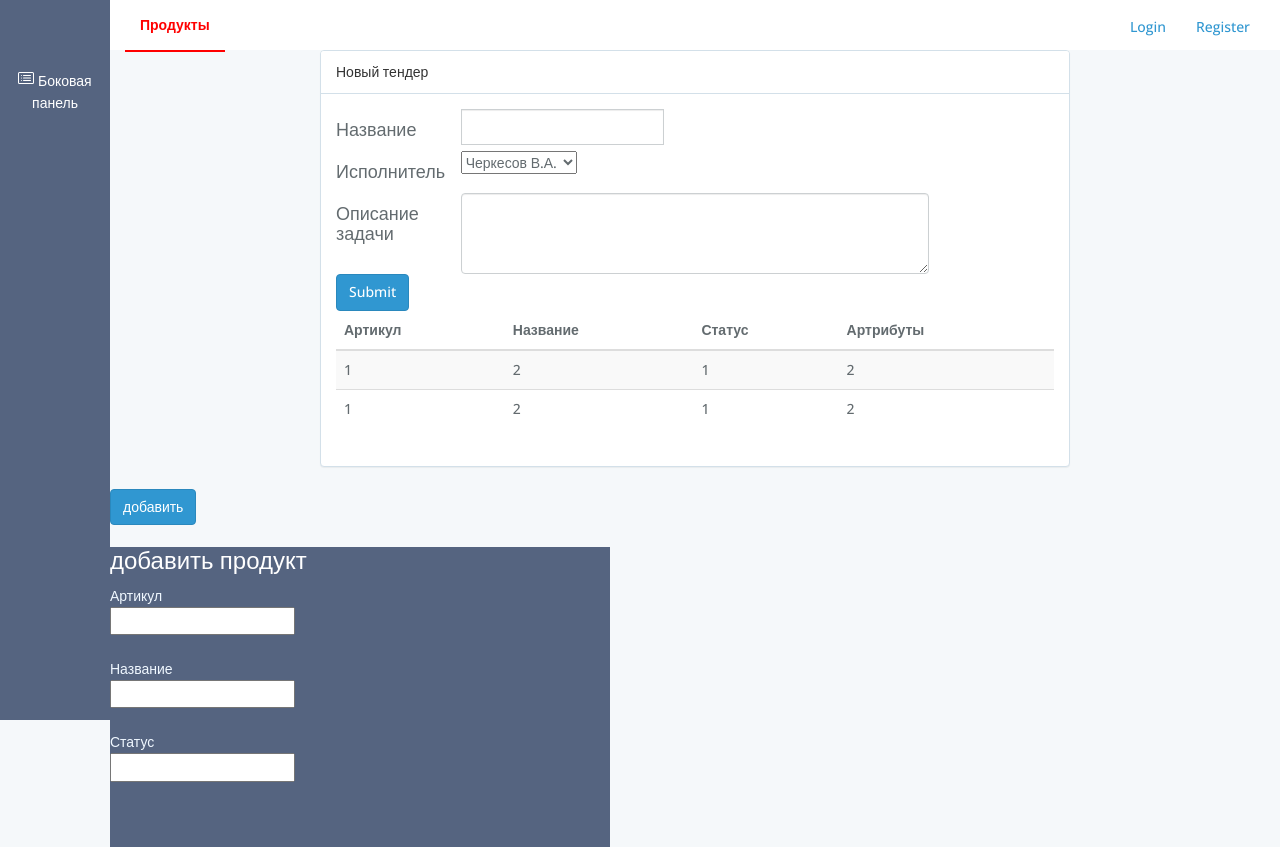
Repository: blackjack043/laravel-crud
Page: http://localhost/page2
The author's editor kept a copy of each file at every save. The page is drawn from the files as they stood at one save, then again after the next save.
The browser window is 1280 px wide. The pictures show the whole page.
Some web fonts or font styles are not loaded; a fallback is used. The page is served by the project's Laravel application, run on PHP 8.4 with Laravel 8. Other server files are loaded and not shown.

Above is the page before, as saved 2022-03-07 15:58:49.

### routes/web.php
<?php

/*
|--------------------------------------------------------------------------
| Web Routes
|--------------------------------------------------------------------------
|
| Here is where you can register web routes for your application. These
| routes are loaded by the RouteServiceProvider within a group which
| contains the "web" middleware group. Now create something great!
|
*/
use Illuminate\Http\Request;
use App\Contact12;


Route::get('/', function () {
    return view('welcome');
});

Route::get('/page2', function () {
    return view('page2');
});



Route::post('/profile', 'ContactController@submit');

Auth::routes();

Route::get('/home', 'HomeController@index');

Auth::routes();

Route::get('/home', 'HomeController@index');

### resources/views/page2.blade.php
@extends('layouts.app2')

@section('content')
<div class="container">
    <div class="row">
        <div class="col-md-8 col-md-offset-2">
            <div class="panel panel-default">
                <div class="panel-heading">Новый тендер</div>
                <div class="panel-body">


        @if($errors->any())
            <div style=>
            @foreach ($errors->all() as $error)
            <div >
                {{$error}}
            </div>
            @endforeach
            </div>
         @endif
<form  method="POST" action="/profile">
{{ csrf_field() }}

                <div class="row" >
  <div class="col-md-2" ><h4>Название</h4></div>
  <div class="col-md-10">
<div class="input-group" >
<input type="text" name="label" class="form-control"  aria-describedby="sizing-addon2">
                </div></div>
</div>

<div class="row">
  <div class="col-md-2"><h4>Исполнитель</h4></div>
  <div class="col-md-10">
    <select name="ispolnitel">
    <option value="cherkesov">Черкесов В.А.</option>
    <option value="matancev">Матанцев Е.Р.</option>
    </select>
</div>
</div>

<div class="row">
  <div class="col-md-2"><h4>Описание задачи</h4></div>
  <div class="col-md-8">
		<textarea name="text" class="form-control" rows="3"></textarea>
</div>



</div>
<input type="submit" class="btn btn-primary">
</form>


<table class="table table-striped table-hover">
    <thead>
        <tr>
            <th>Артикул</th>
            <th>Название</th>
            <th>Статус</th>
            <th>Артрибуты</th>
            </tr>

    </thead>

    <tbody>
        <tr>
            <td>1</td>
            <td>2</td>
            <td>1</td>
            <td>2</td>
        </tr>
        <tr>
            <td>1</td>
            <td>2</td>
            <td>1</td>
            <td>2</td>
        </tr>
    </tbody>
</table>


                </div>
            </div>
        </div>
    </div>
</div>

<div>

<button class="btn btn-primary">добавить</button>
<div style="background-color: #556480;width:500px;height: 300px;">
    <div style="color: white"><h3>добавить продукт</h3></div>

    <div> <span style="color:aliceblue"> Артикул </span> </div>
    <div><input type="text" /> </div>
    <br>
    <div> <span style="color:aliceblue"> Название </span> </div>
    <div><input type="text" /> </div>
    <br>
    <div> <span style="color:aliceblue"> Статус </span> </div>
    <div><input type="text" /> </div>
    <br>
</div>

</div>
@endsection

### resources/views/layouts/app2.blade.php
<!DOCTYPE html>
<html lang="en">
<head>
    <meta charset="utf-8">
    <meta http-equiv="X-UA-Compatible" content="IE=edge">
    <meta name="viewport" content="width=device-width, initial-scale=1">
    <link rel="preconnect" href="https://fonts.googleapis.com">
<link rel="preconnect" href="https://fonts.gstatic.com" crossorigin>
<link href="https://fonts.googleapis.com/css2?family=Open+Sans:wght@300;500;700&display=swap" rel="stylesheet">
    <!-- CSRF Token -->
    <meta name="csrf-token" content="{{ csrf_token() }}">

    <title>{{ config('app.name', 'Laravel') }}</title>

    <!-- Styles -->
    <link href="/css/app.css" rel="stylesheet">

    <!-- Scripts -->
    <script>
        window.Laravel = <?php echo json_encode([
            'csrfToken' => csrf_token(),
        ]); ?>
    </script>
</head>
<body style="font-family: 'Open Sans', sans-serif;">
    <div id="app" style="display: flex;">
        <div style="width:200px; height:100vh;background: #556480;color: white; font-size: 14px;text-align: center; padding-top:70px" >

        <svg xmlns="http://www.w3.org/2000/svg" width="16" height="16" fill="currentColor" class="bi bi-card-list" viewBox="0 0 16 16">
  <path d="M14.5 3a.5.5 0 0 1 .5.5v9a.5.5 0 0 1-.5.5h-13a.5.5 0 0 1-.5-.5v-9a.5.5 0 0 1 .5-.5h13zm-13-1A1.5 1.5 0 0 0 0 3.5v9A1.5 1.5 0 0 0 1.5 14h13a1.5 1.5 0 0 0 1.5-1.5v-9A1.5 1.5 0 0 0 14.5 2h-13z"/>
  <path d="M5 8a.5.5 0 0 1 .5-.5h7a.5.5 0 0 1 0 1h-7A.5.5 0 0 1 5 8zm0-2.5a.5.5 0 0 1 .5-.5h7a.5.5 0 0 1 0 1h-7a.5.5 0 0 1-.5-.5zm0 5a.5.5 0 0 1 .5-.5h7a.5.5 0 0 1 0 1h-7a.5.5 0 0 1-.5-.5zm-1-5a.5.5 0 1 1-1 0 .5.5 0 0 1 1 0zM4 8a.5.5 0 1 1-1 0 .5.5 0 0 1 1 0zm0 2.5a.5.5 0 1 1-1 0 .5.5 0 0 1 1 0z"/>
</svg>
<span style="padding-top: 0px"> Боковая панель</span>
       </div>
        <div style="display:inline; ">
        <nav class="" style="height: 50px; background: white; color:#f5f5f5">
            <div class="container">
                <div class="navbar-header">

                </div>

                <div style="display: flex; justify-content:space-between">
                    <!-- Left Side Of Navbar -->
                    <ul class="nav navbar-nav navbar-left">
                        &nbsp;
                        <li style="border-bottom: 2px solid red; color: red"><a href="#" style="color: red; font-weight: bold">Продукты</a></li>
                    </ul>

                    <!-- Right Side Of Navbar -->
                    <ul class="nav navbar-nav " style="align-self:flex-end">
                        <!-- Authentication Links -->
                        @if (Auth::guest())
                            <li><a href="{{ url('/login') }}">Login</a></li>
                            <li><a href="{{ url('/register') }}">Register</a></li>
                        @else
                            <li class="dropdown">
                                <a href="#" class="dropdown-toggle" data-toggle="dropdown" role="button" aria-expanded="false">
                                    {{ Auth::user()->name }} <span class="caret"></span>
                                </a>

                                <ul class="dropdown-menu" role="menu">
                                    <li>
                                        <a href="{{ url('/logout') }}"
                                            onclick="event.preventDefault();
                                                     document.getElementById('logout-form').submit();">
                                            Logout
                                        </a>

                                        <form id="logout-form" action="{{ url('/logout') }}" method="POST" style="display: none;">
                                            {{ csrf_field() }}
                                        </form>
                                    </li>
                                </ul>
                            </li>
                        @endif
                    </ul>
                </div>
            </div>
        </nav>

        @yield('content')
    </div>
    </div>
    <!-- Scripts -->
    <script src="/js/app.js"></script>
</body>
</html>

Loaded but not shown: app/Http/Controllers/Auth/LoginController.php (common file); app/Http/Controllers/Controller.php (common file); public/css/app.css (library); public/js/app.js (library)

After the next save:
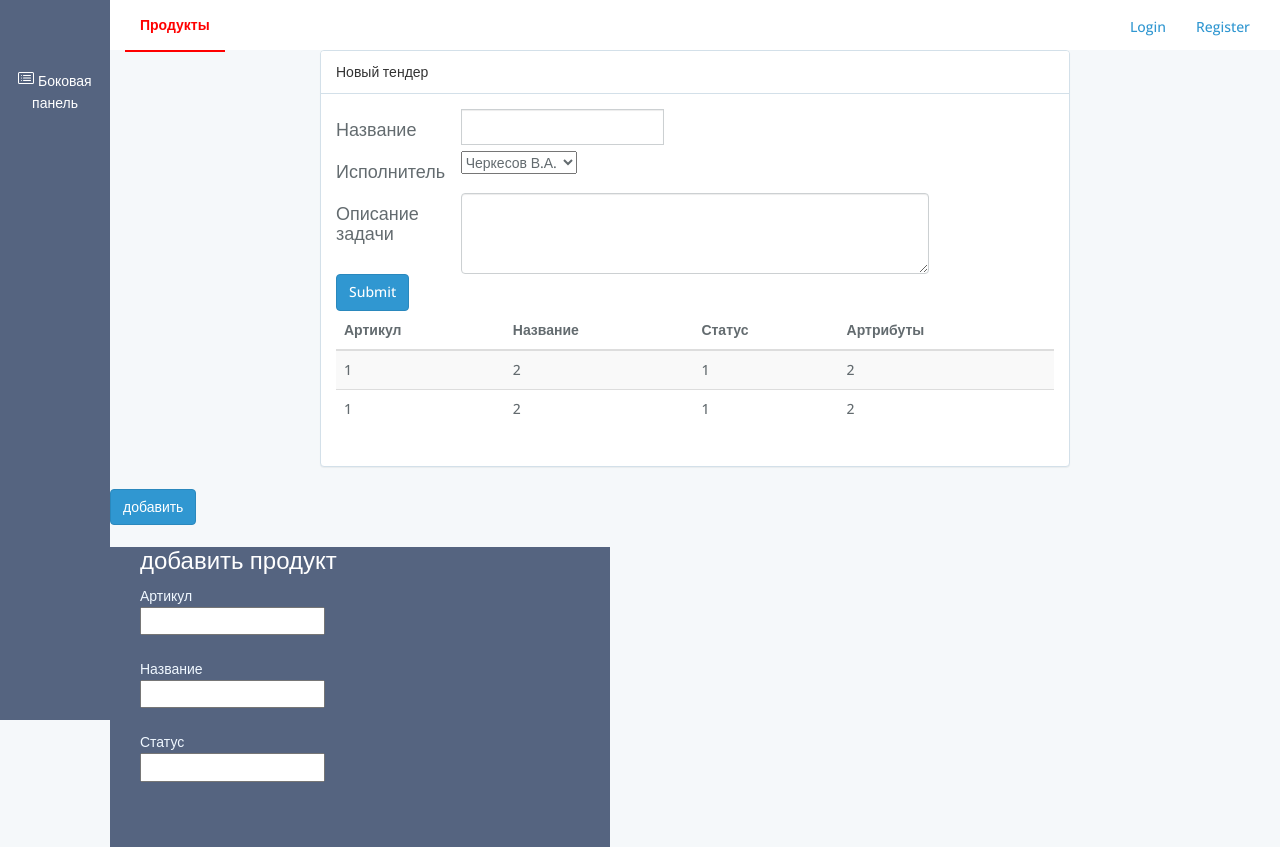
Saved 58 s later.
--- a/resources/views/page2.blade.php
+++ b/resources/views/page2.blade.php
@@ -89,7 +89,7 @@
 <div>
 
 <button class="btn btn-primary">добавить</button>
-<div style="background-color: #556480;width:500px;height: 300px;">
+<div style="background-color: #556480;width:500px;height: 300px;padding-left:30px">
     <div style="color: white"><h3>добавить продукт</h3></div>
 
     <div> <span style="color:aliceblue"> Артикул </span> </div>
